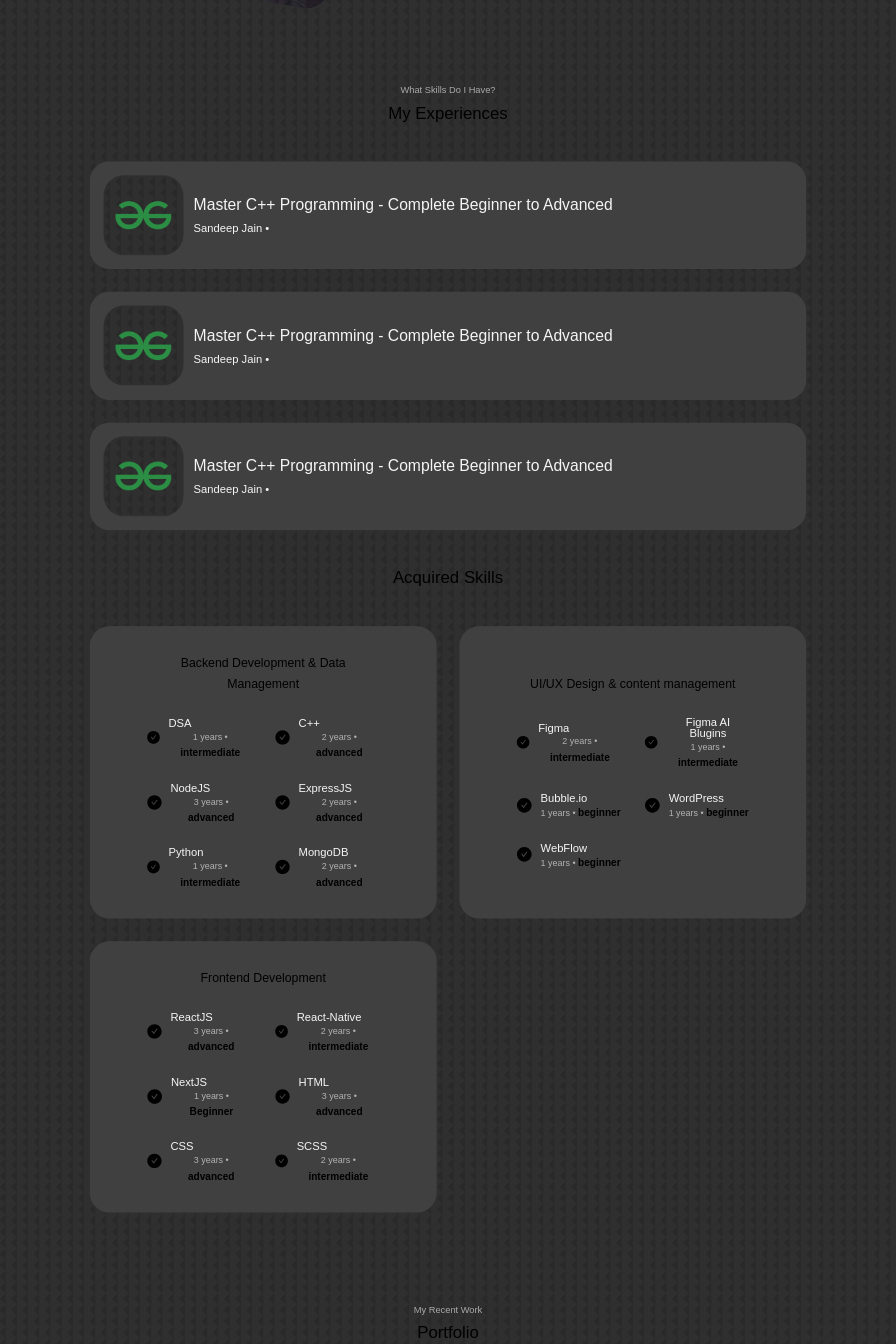
Repository: Z-Bahaa/project_joker_react_portfolio
Page: /
The author's editor kept a copy of each file at every save. The page is drawn from the files as they stood at one save, then again after a run of saves.
The browser window is 1280 px wide. The pictures show the part of the page from y = 1449 to 3369 px (the page is 5406 px tall before and 5418 px after), at 70% of full size.
Some web fonts or font styles are not loaded; a fallback is used. The project was rebuilt for these pictures with package versions that can differ from the ones it lists, and the page was loaded fresh each time. Imported but missing from the stored project, and not drawn on this page: src/assets/resume.pdf.

Above is the page before, as saved 2023-08-21 14:14:47.

### public/index.html
<!DOCTYPE html>
<html lang="en">

<head>
  <meta charset="UTF-8">
  <meta name="viewport" content="width=device-width, initial-scale=1.0">
  <title>Zeyad Bahaa</title>
  <link rel="shortcut icon" href="/Logo.png" />
</head>

<body>
  <div id="root"></div>
</body>

</html>

### src/App.jsx
import Header from './components/header/Header'
import Nav from './components/nav/Nav'
import About from './components/about/About'
import Experience from './components/experience/Experience'
// import Services from './components/services/Services'
import Portfolio from './components/portfolio/Portfolio'
// import Testimonials from './components/testimonials/Testimonials'
import Contact from './components/contact/Contact'
import Footer from './components/footer/Footer'


const App = () => {
  return (
    <>
      <Header />
      <Nav />
      <About />
      <Experience />
      {/* <Services /> */}
      <Portfolio />
{/*       <Testimonials /> */}
      <Contact />
      <Footer />

    </>
  )
}

export default App

### src/components/header/Header.jsx
import './header.css';
import CTA from './CTA'
import ME from '../../assets/me-3.png'
import HeaderSocials from './HeaderSocials'

const Header = () => {
  return (
    <div className='header container' id='home'>
      <div className='header__container'>
        <h5>Hello, I'm</h5>
        <h1>Zeyad Bahaa</h1>
        <h5 className="text-light">Software & web development Enthusiast</h5>
        <CTA />
        <HeaderSocials />

        <div className="me">
          <img src={ME} alt="" />
        </div>

        <a href='#contact' className="scroll__down">Scroll Down</a>
      </div>
    </div>
  )
}

export default Header

### src/components/nav/Nav.jsx
import './nav.css'
import { AiOutlineHome, AiOutlineUser, AiOutlineMessage } from 'react-icons/ai'
import { BiBookAlt } from 'react-icons/bi'
import { BsBagDash } from 'react-icons/bs'
import { useState} from 'react'

const Nav = () => {
  const [activeNav, setActiveNAv] = useState('#')
  return (
    <div className="nav">
      <a href="#home" className={activeNav === '#' ? 'active' : ''} onClick={() => setActiveNAv('#')}><AiOutlineHome /></a>
      <a href="#about" className={activeNav === '#about' ? 'active' : ''} onClick={() => setActiveNAv('#about')}><AiOutlineUser /></a>
      <a href="#experience" className={activeNav === '#experience' ? 'active' : ''} onClick={() => setActiveNAv('#experience')}><BiBookAlt /></a>
      <a href="#services" className={activeNav === '#services' ? 'active' : ''} onClick={() => setActiveNAv('#services')}><BsBagDash /></a>
      <a href="#contact" className={activeNav === '#contact' ? 'active' : ''} onClick={() => setActiveNAv('#contact')}><AiOutlineMessage /></a>
    </div>
  )
}

export default Nav

### src/components/about/About.jsx
import './about.css'
import ME from '../../assets/me-3.png'
/* import { FiAward, FiUsers } from 'react-icons/fi'
import { AiFillFolderOpen } from 'react-icons/ai' */
const About = () => {
  return (
    <div className="section" id="about">
      <h5>Get To Know</h5>
      <h2>About Me</h2>

      <div className="container about__container">
        <div className="about__me">
          <div className="about__me-image">
            <img src={ME} alt="About" />
          </div>
        </div>

        <div className="about__content">
          {/* <div className="about__cards">

            <div className="about__card">
              <FiAward className="about__icon" />
              <h5>Experience</h5>
              <small>3+ Years Working</small>
            </div>

            <div className="about__card">
              <FiUsers className="about__icon" />
              <h5>Clients</h5>
              <small>200+ Worldwide</small>
            </div>

            <div className="about__card">
              <AiFillFolderOpen className="about__icon" />
              <h5>Projects</h5>
              <small>80+ Completed Projects</small>
            </div>

          </div> */}

          <p>
          Confident young professional with a passion for learning and development. eager to leverage education and training in the software development space to support the growth and success of a High performing organization. Strong track record of settling effective goals and leading teams to achieve those goals. committed to continuous improvement and driving team success.
          </p>

          <a href="#contact" className="btn btn-primary">Let's Talk</a>
        </div>
      </div>
    </div>
  )
}

export default About

### src/components/experience/Experience.jsx
import './experience.css'
import {experiences} from '../../data/experiences'
import { AiFillCheckCircle } from 'react-icons/ai'
import GFG from '../../assets/GFG.png'

const Experience = () => {
  return (
    <div className="section" id="experience">
      <h5>What Skills Do I Have?</h5>
      <h2>My Experiences</h2>
      <div className="history__container">
        {
          experiences.map((field) => (
            <div>
              <div className="image-container">
                <img src={GFG}/>
              </div>
              <div className="course-details-container">
                <h1>Master C++ Programming - Complete Beginner to Advanced</h1>
                <section>
                  <span>Sandeep Jain • </span>
                </section>
              </div>
            </div>
          ))
        }
      </div>
      <h2>Acquired Skills</h2>
      <div className="experience__container">
        {
          experiences.map((field) => (
            <div>
              <h3>{field.title}</h3>
              <div className="experience__content">
                {
                  field.list.map((item) => (
                    <div className="experience__details">

                        <AiFillCheckCircle className="experience__details-icon"/>
                        <div>
                          <h4>{item.name}</h4>
                          <small>{(item.experience + " ")} • <span>{" " + item.level}</span> </small>
                        </div>
                    </div>
                  ))
                }
              </div>
            </div>
          ))
        }
      </div>

    </div>
  )
}

export default Experience

### src/components/portfolio/Portfolio.jsx
import './portfolio.css'
import projects from '../../data/projects'



const Portfolio = () => {
  return (
    <div className="section">
      <h5>My Recent Work</h5>
      <h2>Portfolio</h2>

      <div className="container portfolio__container">
        {
          projects.map(item => (
            <div  key={item.id} className="portfolio__item">
              <img src={item.img} className="portfolio__item-image" alt=""/>
              <h3>{item.title || 'This is a portfolio item title'}</h3>
              <div className="portfolio__item-cta">
                <a className="btn" href={item.github} target='_blank' rel="noreferrer">Github</a>
                <a className="btn btn-primary" href={item.demo} target='_blank' rel="noreferrer">Live Demo</a>
              </div>
            </div>
          ))
        }
      </div>
    </div>
  )
}

export default Portfolio

### src/components/contact/Contact.jsx
import './contact.css'
import { AiOutlineMail, AiOutlineWhatsApp } from 'react-icons/ai'
import { RiMessengerLine } from 'react-icons/ri'


const Contact = () => {

  return (
    <div className="section" id="contact">
      <h5>Get In Touch</h5>
      <h2>Contact Me</h2>

      <div className="container contact__container">
        <div className="contact__options">

          <div className="contact__option">
            <AiOutlineMail className='contact__option-icon'/>
            <h4>Email</h4>
            <h5>zizobahaapersonal@gmail.com</h5>
            <a href="mailto:zizobahaapersonal@gmail.com">Send a message</a>
          </div>

          <div className="contact__option">
            <RiMessengerLine className='contact__option-icon'/>
            <h4>Messenger</h4>
            <h5>Zizo Bahaa</h5>
            <a href="https://m.me/100071918118359">Send a message</a>
          </div>
          <div className="contact__option">
            <AiOutlineWhatsApp className='contact__option-icon' />
            <h4>WhatsApp</h4>
            <h5>+201020730202</h5>
            <a href="https://api.whatsapp.com/send?phone=201020730202" >Send a message</a>
          </div>

        </div>

{        <form
          // ref={form}
          // onSubmit={sendEmail}
          >
          <input type="text" name="name" placeholder="Your Full Name" required/>
          <input type="email" name="email" placeholder="Your Email" required/>
          <textarea name="message" placeholder="Your Message" rows="7" required/>
          <button type="submit" className="btn btn-primary">send Message</button>
        </form>}
      </div>
    </div>
  )
}

export default Contact

### src/components/footer/Footer.jsx
import './footer.css'
import { AiOutlineLinkedin, AiOutlineFacebook, } from 'react-icons/ai'
import { FiTwitter, FiGithub, FiInstagram } from 'react-icons/fi'
import { FaTiktok } from 'react-icons/fa'
import { SiMyanimelist } from 'react-icons/si'

const Footer = () => {
  return (
    <div className="footer">
      <a href="#home" className="footer__icon">Z. bahaa</a>

      <ul className="permalinks">
        <li><a href="#home">Home</a></li>
        <li><a href="#about">About</a></li>
        <li><a href="#experience">Experience</a></li>
        <li><a href="#services">Services</a></li>
        <li><a href="#portfolio">Portfolio</a></li>
        {/* <li><a href="#testimonials">Testimonials</a></li> */}
        <li><a href="#contact">Contact</a></li>
      </ul>

      <div className="footer__socials" >
        <a href='https://www.linkedin.com/in/z-bahaa-194022234/' target='_blank' rel="noreferrer"><AiOutlineLinkedin /></a>
        <a href='https://github.com/Z-Bahaa' target='_blank' rel="noreferrer"><FiGithub /></a>
        <a href='https://www.facebook.com/profile.php?id=100071918118359' target='_blank' rel="noreferrer"><AiOutlineFacebook /></a>
        <a href='https://twitter.com/ZBahaa2' target='_blank' rel="noreferrer"><FiTwitter /></a>
        <a href='https://www.tiktok.com/@z_bahaa' target='_blank' rel="noreferrer"><FaTiktok /></a>
        <a href='https://www.instagram.com/bahaa_zizo/' target='_blank' rel="noreferrer"><FiInstagram /></a>
        <a href='https://myanimelist.net/animelist/zizobahaa1' target='_blank' rel="noreferrer"><SiMyanimelist /></a>
      </div>

      <div className="footer__coptright">
        <small>&copy; Z.bahaa. All rights reserved.</small>
      </div>
    </div>
  )
}

export default Footer

### src/components/header/header.css
.header {
  height: 120vh;
  padding-top: 7rem;
  /* overflow: hidden; */
}

.header__container {
  text-align: center;
  height: 100%;
  position: relative;
}

.cta {
  margin-top: 2.5rem;
  display: flex;
  gap: 1.2rem;
  justify-content: center;
}

.header__socials {
  display: flex;
  flex-direction: column;
  position: absolute;
  left: 0;
  bottom: 2rem;
  gap: 1rem;
}

.header__socials::after {
  content: "";
  width: 1px;
  height: 2rem;
  background: var(--color-primary);
  align-self: center;
}

.me {
  background: linear-gradient(var(--color-primary), transparent);
  width: 22rem;
  max-height: 27rem;
  position: absolute;
  left: calc(50% - 11rem);
  margin-top: 4rem;
  border-radius: 12rem 12rem 0 0;
  -webkit-border-radius: 12rem 12rem 0 0;
  -moz-border-radius: 12rem 12rem 0 0;
  -ms-border-radius: 12rem 12rem 0 0;
  -o-border-radius: 12rem 12rem 0 0;
  overflow: hidden;
  /* padding: 5rem 1.5rem 1.5rem 1.5rem; */
}
/* .me img {
  min-height: 40rem;
} */

.scroll__down {
  position: absolute;
  right: 0rem;
  bottom: 5rem;
  transform: rotate(90deg);
  -webkit-transform: rotate(90deg);
  -moz-transform: rotate(90deg);
  -ms-transform: rotate(90deg);
  -o-transform: rotate(90deg);
  font-weight: 300;
  font-size: 0.9rem
}

@media screen and (max-width: 1024px) {
  .header {
    height: 70vh;
  }
}

@media screen and (max-width: 600px) {
  .header {
    height: 100vh;
  }


}

### src/components/header/CTA.jsx
import CV from '../../assets/resume.pdf'

import React from 'react'

const CTA = () => {
  return (
    <div className="cta">
      <a href={CV} className='btn'>Download CV</a>
      <a href="#contact" className="btn btn-primary">Let's Talk</a>
    </div>
  )
}

export default CTA

### src/components/header/HeaderSocials.jsx
import { AiOutlineLinkedin, AiOutlineFacebook,} from 'react-icons/ai'
import {FiGithub} from 'react-icons/fi'



const HeaderSocials = () => {
  return (
    <div className="header__socials">
      <a href='https://www.linkedin.com/in/zizo-bahaa' target='_blank'  rel="noreferrer"><AiOutlineLinkedin /></a>
      <a href='https://github.com/Z-Bahaa' target='_blank'  rel="noreferrer"><FiGithub /></a>
      <a href='https://www.facebook.com/profile.php?id=100071918118359' target='_blank'  rel="noreferrer"><AiOutlineFacebook /></a>
    </div>
  )
}

export default HeaderSocials

### src/components/nav/nav.css
.nav {
  background: rgba(0, 0, 0, 0.3);
  width: max-content;
  display: block;
  padding: 0.7em 1.7em;
  z-index: 2;
  position: fixed;
  left: 50%;
  transform: translateX(-50%);
  -webkit-transform: translateX(-50%);
  -moz-transform: translateX(-50%);
  -ms-transform: translateX(-50%);
  -o-transform: translateX(-50%);
  bottom: 2rem;
  display: flex;
  gap: 0.8rem;
  border-radius: 3rem;
  -webkit-border-radius: 3rem;
  -moz-border-radius: 3rem;
  -ms-border-radius: 3rem;
  -o-border-radius: 3rem;
  backdrop-filter: blur(15px);
}

.nav a {
  background: transparent;
  padding: 0.8rem;
  border-radius: 50%;
  -webkit-border-radius: 50%;
  -moz-border-radius: 50%;
  -ms-border-radius: 50%;
  -o-border-radius: 50%;
  display: flex;
  color: var(--color-light);
  font-size: 1.1rem;
}

.nav a:hover {
  background: rgba(0, 0, 0, 0.3);
}

.nav a.active {
  background: var(--color-primary);
  color: var(--color-bg)
}

### src/components/about/about.css
.about__container {
  display: grid;
  gap: 15%;
  grid-template-columns: 35% 50%;
}

.about__me {
  width: 100%;
  aspect-ratio: 1/1;
  border-radius: 2rem;
  -webkit-border-radius: 2rem;
  -moz-border-radius: 2rem;
  -ms-border-radius: 2rem;
  -o-border-radius: 2rem;
  background: linear-gradient(45deg,
      transparent,
      var(--color-primary),
      transparent);
  display: grid;
  place-items: center;
}

.about__me-image {
  border-radius: 2rem;
  width: 100%;
  aspect-ratio: 1/1;
  -webkit-border-radius: 2rem;
  -moz-border-radius: 2rem;
  -ms-border-radius: 2rem;
  -o-border-radius: 2rem;
  overflow: hidden;
  transform: rotate(10deg);
  -webkit-transform: rotate(10deg);
  -moz-transform: rotate(10deg);
  -ms-transform: rotate(10deg);
  -o-transform: rotate(10deg);
  transition: var(--transition);
  -webkit-transition: var(--transition);
  -moz-transition: var(--transition);
  -ms-transition: var(--transition);
  -o-transition: var(--transition);
}

.about__me-image:hover {
  transform: rotate(0deg);
  -webkit-transform: rotate(0deg);
  -moz-transform: rotate(0deg);
  -ms-transform: rotate(0deg);
  -o-transform: rotate(0deg);
}

.about__cards {
  display: grid;
  grid-template-columns: repeat(3, 1fr);
  gap: 1.5rem;
}

.about__card {
  background: var(--color-bg-variant);
  border: 1px solid transparent;
  border-radius: 1rem;
  -webkit-border-radius: 1rem;
  -moz-border-radius: 1rem;
  -ms-border-radius: 1rem;
  -o-border-radius: 1rem;
  padding: 2rem;
  text-align: center;
  transition: var(--transition);
  -webkit-transition: var(--transition);
  -moz-transition: var(--transition);
  -ms-transition: var(--transition);
  -o-transition: var(--transition);
}

.about__card:hover {
  background: transparent;
  border-color: var(--color-primary-variant);
  cursor: default;
}

.about__icon {
  color: var(--color-primary);
  font-size: 1.4rem;
  margin-bottom: 1erem;
}

.about__card h5 {
  font-size: 0.95rem;
}

.about__card h5 {
  font-size: 0.95rem;
}

.about__card small {
  font-size: 0.7rem;
  color: var(--color-light)
}

.about__content p {
  margin: 2rem 0 2.6rem;
  padding-top: 2rem;
  color: var(--color-light)
}

@media screen and (max-width: 1024px) {
  .about__container {
    grid-template-columns: 1fr;
    gap: 0;
  }

  .about__me {
    width: 50%;
    margin: 2rem auto 4rem;
  }

  .about__content p {
    margin: 1rem 0 1.5rem;
  }
}

@media screen and (max-width: 600px) {
  .about__me {
    width: 65%;
    margin: 0 auto 3rem;
  }

  .about__cards {
    grid-template-columns: 1fr 1fr;
    gap: 1rem;
  }

  .about__content {
    text-align: center;
  }

  .about__content p {
    margin: 1.5rem 0;

  }
}

### src/components/portfolio/portfolio.css
.portfolio__container {
  display: grid;
  grid-template-columns: repeat(3, 1fr);
  gap: 2.5rem;
}

.portfolio__item {
  background: var(--color-bg-variant);
  padding: 1.2rem;
  border-radius: 2rem;
  -webkit-border-radius: 2rem;
  -moz-border-radius: 2rem;
  -ms-border-radius: 2rem;
  -o-border-radius: 2rem;
  border: 1px solid transparent;
  transition: var(--transition);
  -webkit-transition: var(--transition);
  -moz-transition: var(--transition);
  -ms-transition: var(--transition);
  -o-transition: var(--transition);
}

.portfolio__item:hover {
  border-color: var(--color-primary-variant);
  background: transparent;
}

.portfolio__item-image {
  border-radius: 1.5rem;
  -webkit-border-radius: 1.5rem;
  -moz-border-radius: 1.5rem;
  -ms-border-radius: 1.5rem;
  -o-border-radius: 1.5rem;
  overflow: hidden;
}

.portfolio__item h3 {
  margin: 1.2rem 0.2rem;
}

.portfolio__item-cta {
  display: flex;
  gap: 1rem;
  margin-bottom: 1rem;
}

@media screen and (max-width: 1024px) {
  .portfolio__container {
    grid-template-columns: 1fr 1fr;
    gap: 1.2rem;
  }
}

@media screen and (max-width: 600px) {
  .portfolio__container {
    grid-template-columns: 1fr;
    gap: 1rem;
  }
}

### src/components/contact/contact.css
.container.contact__container {
  width: 58%;
  display: grid;
  grid-template-columns: 30% 58%;
  gap: 12%;
}

.contact__options {
  display: flex;
  flex-direction: column;
  gap: 1.2rem;
}

.contact__option {
  background: var(--color-bg-variant);
  padding: 1.2rem;
  border-radius: 1.2rem;
  -webkit-border-radius: 1.2rem;
  -moz-border-radius: 1.2rem;
  -ms-border-radius: 1.2rem;
  -o-border-radius: 1.2rem;
  text-align: center;
  border: 1px solid transparent;
  transition: var(--transition);
  overflow: hidden;
}

.contact__option:hover {
  background: transparent;
  border-color: var(--color-primary-variant);
}

.contact__option-icon {
  font-size: 1.5rem;
  margin-bottom: 0.5rem;

}

.contact__option a {
  margin-top: 0.7rem;
  display: inline-block;
  font-size: .8rem;
}

form {
  display: flex;
  flex-direction: column;
  gap: 1.2rem;
}

input, textarea {
  width: 100%;
  padding: 1.5rem;
  border-radius: 0.5rem;
  -webkit-border-radius: 0.5rem;
  -moz-border-radius: 0.5rem;
  -ms-border-radius: 0.5rem;
  -o-border-radius: 0.5rem;
  background: transparent;
  border: 1px solid var(--color-primary-variant);
  resize: none;
  color: var(--color-white);
}

@media screen and (max-width: 1024px) {
  .container.contact__container {
    grid-template-columns: 1fr;
    gap: 2rem;
  }
}

@media screen and (max-width: 600px) {
  .container.contact__container {
    width: var(--container-width-sm);
  }
}

### src/components/footer/footer.css
.footer {
  background: var(--color-primary);
  padding: 3rem 0;
  padding-bottom: 0;
  text-align: center;
  font-size:0.9rem;
  margin-top: 7rem;
}

.footer a {
  color: var(--color-bg);
}

.footer__icon {
  font-size:2rem;
  font-weight: 500;
  margin-bottom: 2rem;
  display: inline-block;
}

.permalinks {
  display: flex;
  flex-wrap: wrap;
  justify-content: center;
  gap: 2rem;
  margin: 0 auto 3rem;
}

.footer__socials {
  display: flex;
  justify-content: center;
  gap: 1rem;
  margin-bottom: 4rem;
}

.footer__socials a {
  background: var(--color-bg);
  color: var(--color-white);
  padding: 0.8rem;
  border-radius: 0.7rem;
  -webkit-border-radius: 0.7rem;
  -moz-border-radius: 0.7rem;
  -ms-border-radius: 0.7rem;
  -o-border-radius: 0.7rem;
  display: flex;
  border: 1px solid transparent;
  margin-bottom: 5rem;
}

.footer__socials a:hover {
  background: transparent;
  color: var(--color-bg);
  border-color: var(--color-bg);

}

.footer__copyright {
  margin-bottom: 4rem;
  color: var(--color-bg);
}

@media screen and (max-width: 600px) {
  .permalinks {
    flex-direction: column;
    gap: 1.5rem;
  }
}

Loaded but not shown: src/data/experiences.js (105 lines, source omitted); src/data/projects.js (59 lines, source omitted); src/index.js (5 lines, source omitted); src/components/experience/experience.css (181 lines, source omitted); src/index.css (151 lines, source omitted)

After the next 3 saves:
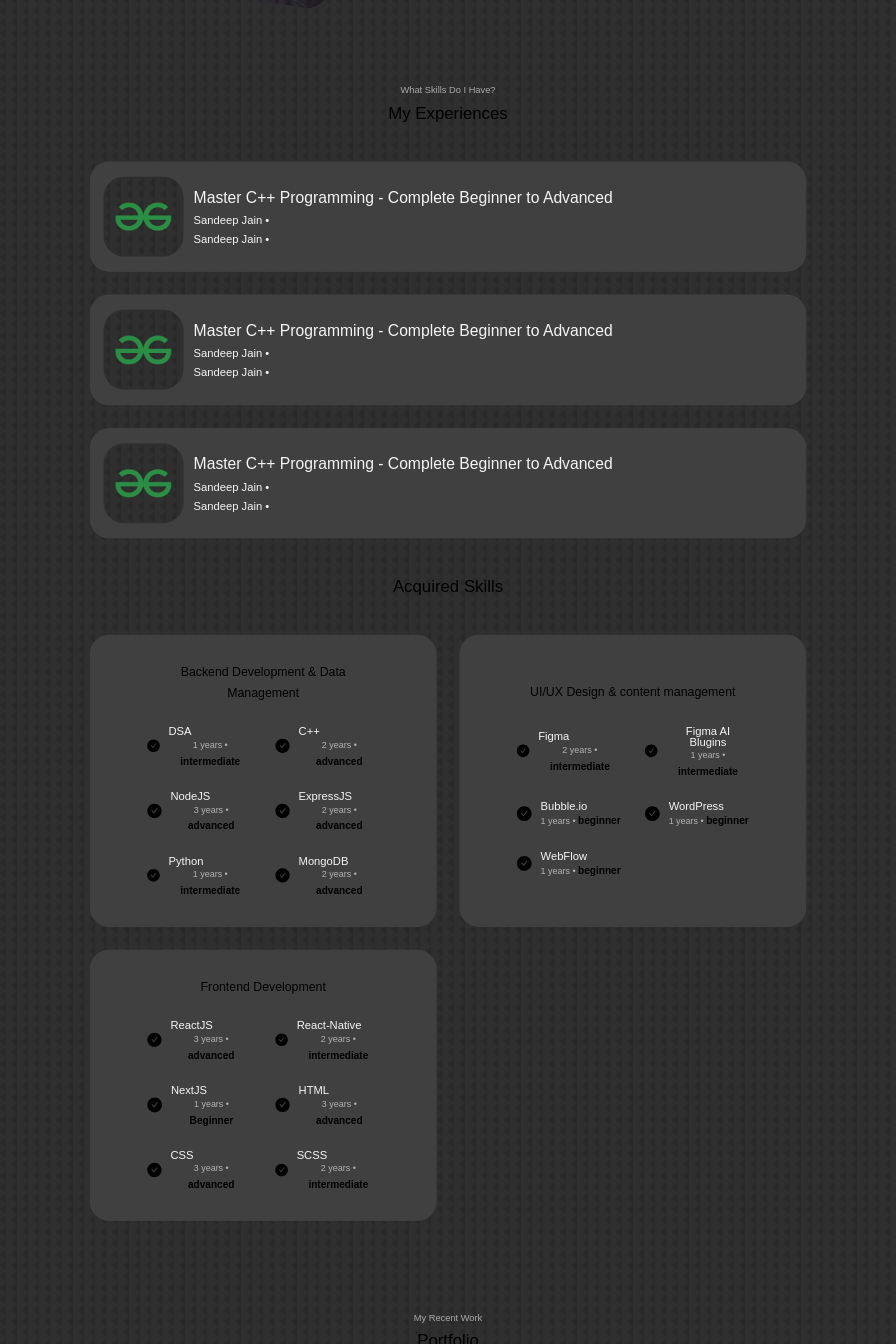
The 3 saves are shown as one change because they came seconds apart.
The last was saved 22 s later.
--- a/src/components/experience/Experience.jsx
+++ b/src/components/experience/Experience.jsx
@@ -19,6 +19,7 @@
                 <h1>Master C++ Programming - Complete Beginner to Advanced</h1>
                 <section>
                   <span>Sandeep Jain • </span>
+                  <p>Sandeep Jain • </p>
                 </section>
               </div>
             </div>
